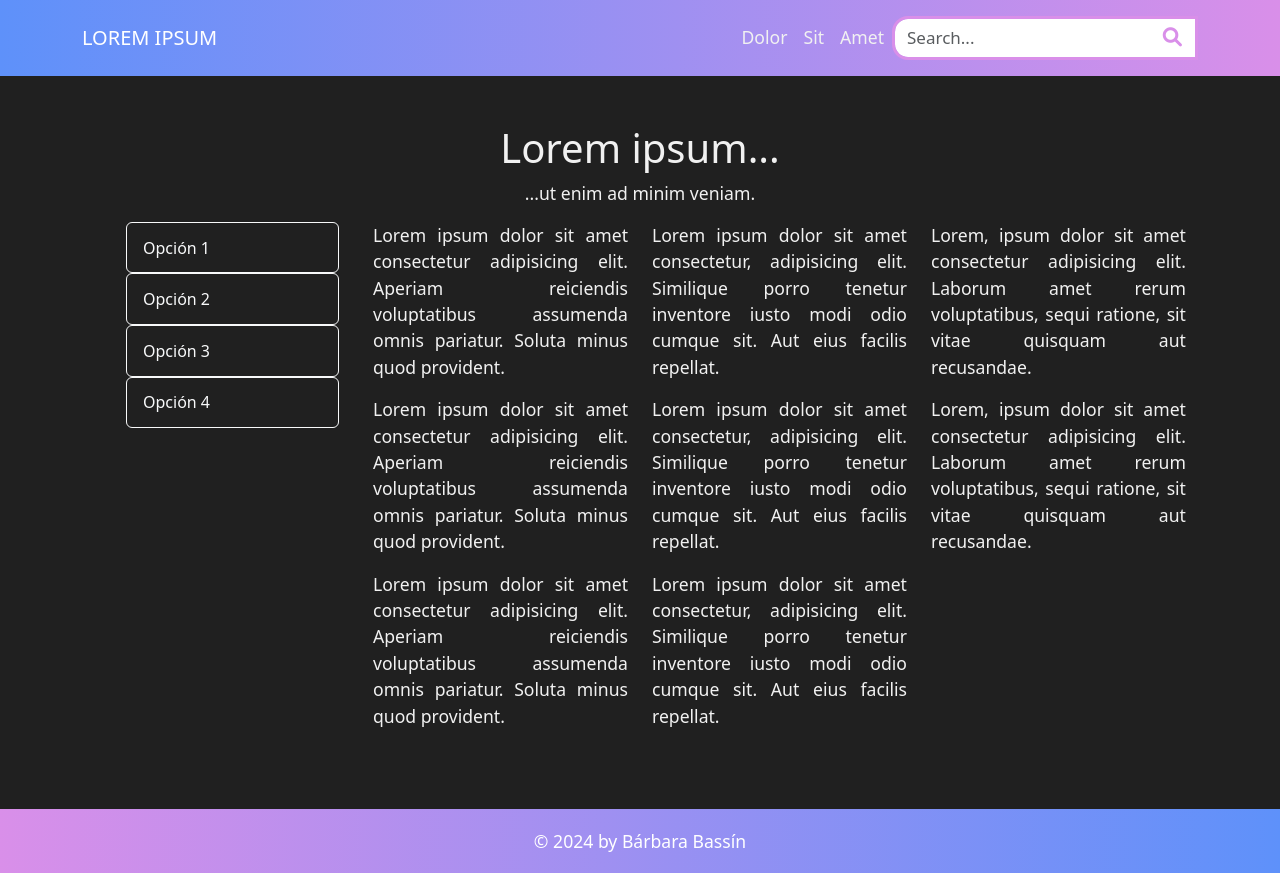
Repository: romancegirl/responsiveness
Page: index.html
The author's editor kept a copy of each file at every save. The page is drawn from the files as they stood at one save, then again after the next save.
The browser window is 1280 px wide. The pictures show the whole page.

Above is the page before, as saved 2024-11-19 20:58:12.

### index.html
<!DOCTYPE html>
<html lang="en">

<head>
    <meta charset="UTF-8">
    <meta name="viewport" content="width=device-width, initial-scale=1.0">
    <title>Responsiveness - Bárbara Bassín</title>
    <link href="https://cdn.jsdelivr.net/npm/bootstrap@5.3.0/dist/css/bootstrap.min.css" rel="stylesheet">
    <link rel="stylesheet" href="https://cdnjs.cloudflare.com/ajax/libs/font-awesome/6.0.0-beta3/css/all.min.css">
    <link rel="stylesheet" href="css/header-and-footer.css">
    <link rel="stylesheet" href="css/styles.css">
</head>

<body>
    <!-- Header -->
    <header class="py-2">
        <div class="container d-flex align-items-center" id="profile">
            <h5 class="m-0">LOREM IPSUM</h5>
            <nav class="navbar navbar-expand-lg flex-grow-1">
                <button class="navbar-toggler" type="button" data-bs-toggle="collapse" data-bs-target="#navbarNav"
                    aria-controls="navbarNav" aria-expanded="false" aria-label="Toggle navigation">
                    <i class="fas fa-bars"></i>
                </button>
                <div class="collapse navbar-collapse" id="navbarNav">
                    <ul class="navbar-nav">
                        <li class="nav-item"><a class="nav-link">Dolor</a></li>
                        <li class="nav-item"><a class="nav-link">Sit</a></li>
                        <li class="nav-item"><a class="nav-link">Amet</a></li>
                        <div class="search-container">
                            <form action="/action_page.php">
                                <div class="input-group">
                                    <input type="text" class="form-control" placeholder="Search..." name="search">
                                    <button type="submit" class="btn">
                                        <i class="fa fa-search"></i>
                                    </button>
                                </div>
                            </form>
                        </div>
                    </ul>

                </div>
            </nav>
        </div>
    </header>



    <!-- Main -->
    <main class="container my-5">
        <div>
            <h1>Lorem ipsum...</h1>
            <div id="textCarousel" class="carousel slide" data-bs-ride="carousel" data-bs-interval="2000">
                <div class="carousel-inner">
                    <div class="carousel-item active">
                        <p>...olor sit amet, consectetur adipiscing elit...</p>
                    </div>
                    <div class="carousel-item">
                        <p>...sed do eiusmod tempor incididunt ut labore...</p>
                    </div>
                    <div class="carousel-item">
                        <p>...ut enim ad minim veniam.</p>
                    </div>
                </div>
            </div>
        </div>



        <div class="container">
            <div class="row">
                <div class="col-3">
                    <ul>
                        <li><button type="button" class="btn btn-outline-light">Opción 1</button></li>
                        <li><button type="button" class="btn btn-outline-light">Opción 2</button></li>
                        <li><button type="button" class="btn btn-outline-light">Opción 3</button></li>
                        <li><button type="button" class="btn btn-outline-light">Opción 4</button></li>
                    </ul>
                </div>
                <div class="col-9">
                    <div class="row">
                        <div class="col-6 col-md-4 paragraph">Lorem ipsum dolor sit amet consectetur adipisicing elit.
                            Aperiam
                            reiciendis
                            voluptatibus assumenda omnis pariatur. Soluta minus quod provident.</div>
                        <div class="col-6 col-md-4 paragraph">Lorem ipsum dolor sit amet consectetur, adipisicing elit.
                            Similique porro
                            tenetur inventore iusto modi odio cumque sit. Aut eius facilis repellat.</div>
                        <div class="col-6 col-md-4 paragraph">Lorem, ipsum dolor sit amet consectetur adipisicing elit.
                            Laborum
                            amet rerum
                            voluptatibus, sequi ratione, sit vitae quisquam aut recusandae.</div>
                        <div class="col-6 col-md-4 paragraph">Lorem ipsum dolor sit amet consectetur adipisicing elit.
                            Aperiam
                            reiciendis
                            voluptatibus assumenda omnis pariatur. Soluta minus quod provident.</div>
                        <div class="col-6 col-md-4 paragraph">Lorem ipsum dolor sit amet consectetur, adipisicing elit.
                            Similique porro
                            tenetur inventore iusto modi odio cumque sit. Aut eius facilis repellat.</div>
                        <div class="col-6 col-md-4 paragraph">Lorem, ipsum dolor sit amet consectetur adipisicing elit.
                            Laborum
                            amet rerum
                            voluptatibus, sequi ratione, sit vitae quisquam aut recusandae.</div>
                        <div class="col-6 col-md-4 paragraph">Lorem ipsum dolor sit amet consectetur adipisicing elit.
                            Aperiam
                            reiciendis
                            voluptatibus assumenda omnis pariatur. Soluta minus quod provident.</div>
                        <div class="col-6 col-md-4 paragraph">Lorem ipsum dolor sit amet consectetur, adipisicing elit.
                            Similique porro
                            tenetur inventore iusto modi odio cumque sit. Aut eius facilis repellat.</div>
                    </div>
                </div>

            </div>


        </div>



    </main>

    <!-- Footer -->
    <footer class="bg-dark text-center py-2">
        <div>&copy; 2024 by Bárbara Bassín</div>
    </footer>
    <script src="js/script.js"></script>
    <script src="https://cdn.jsdelivr.net/npm/bootstrap@5.3.0/dist/js/bootstrap.bundle.min.js"></script>
</body>

</html>

### css/header-and-footer.css
header {
    background: linear-gradient(to right, #5E91FA, #d98fe9);
    color: #fff;
    position: relative;
}

main {
    min-height: 70vh;
    padding-bottom: 1rem;
    box-sizing: border-box;
}

a.nav-link {
    color: #f1f1f1;
}

a.nav-link:hover {
    color: #f6c7de;
    transition: color 0.3s, text-shadow 0.3s;
    transform: scale(1.05);
}

.search-container {
    display: flex;
    justify-content: center;
    align-items: center;
    position: relative;
}

.input-group .form-control {
    padding-right: 2.5rem;
    font-size: 17px;
    border: 0.2rem solid #d98fe9;
    border-radius: 1rem;
}

.input-group .btn {
    position: absolute;
    right: 1rem;
        top: 50%;
    transform: translateY(-50%);
    background-color: transparent;
    border: none;
    padding: 0;
    cursor: pointer;
}

.input-group .btn .fa-search {
    color: #d98fe9;
    font-size: 1.2rem;
}



/* navbar-toggle */

.navbar-toggler {
    border-color: #fff;
}

.navbar-toggler .fas {
    color: #fff;
    /* Cambia el color del ícono */
}

.navbar-collapse {
    justify-content: flex-end;
}

.navbar-toggler:hover {
    cursor: pointer;
}

.navbar-toggler:focus {
    outline: none;
    box-shadow: none;
}

@media (max-width: 995px) {

    .navbar-collapse {
        display: none;
        position: absolute;
        top: 134%;
        left: -55px;
        width: 100%;
        z-index: 999;
        flex-direction: column-reverse;
        align-items: center;
    }

    .navbar-collapse.show {
        display: flex;
    }

    .navbar-nav {
        background: linear-gradient(to right, #5e92fae0, #d98fe9dc);
        color: #fff;
        padding: 1.5rem;
        border-radius: 0 0 100px 100px;
        font-weight: bold;
        text-align: center;
    }

    .navbar-nav:hover {
        cursor: pointer;

    }

    a.nav-link:hover {
        color: #f6c7de;
        transition: color 0.3s, text-shadow 0.3s;
        transform: scale(1.05);
    }

    .navbar-nav .nav-item {
        margin: 10px 0;
    }

    .navbar a,
    .navbar input[type=text] {
        float: none;
        display: block;
        text-align: left;
        width: 100%;
        margin: 0;
        padding: 0.5rem;
    }

    .navbar .search-container {
        float: none;
    }

    .navbar a,
    .navbar input[type=text],
    .navbar .search-container button {
        float: none;
        display: block;
        text-align: left;
        width: 100%;
        margin: 0;
        padding: 0.2rem;
    }

    .navbar input[type=text] {
        border-radius: 0.2rem;
        border: 0.2rem solid #b556db98;
    }

}

footer {
    background: linear-gradient(to right, #d98fe9, #5E91FA);
    color: #fff;
    bottom: 0;
    min-height: 4rem;
    display: flex;
    justify-content: center;
    align-items: center;
}

### css/styles.css
body {
    background-color: #202020;
    color: #f1f1f1;
    font-size: 110%;
}

/* Profile and resume */

.profile-photo {
    width: 250px;
    height: 250px;
    border: #a5c3ffcd;
    border-style: double;
    border-width: 5px;
    border-radius: 70px;
    display: flex;
    justify-content: center;
    align-items: center;
    overflow: hidden;
    /* Oculta cualquier parte de la imagen que se desborde */
    float: right;
}

/* titles */

h1 {
    text-align: center;
}

h2,
h3,
h4 {
    background: linear-gradient(#d98fe9, #5E91FA);
    -webkit-background-clip: text;
    background-clip: text;
    -webkit-text-fill-color: transparent;
}

h5 {
    margin: 0;
}

/* General */

#textCarousel {
    width: 40rem;
    margin: auto;
}

p {
    text-align: center;
}

.row {
    text-align: justify;
}

.paragraph {
margin-bottom: 1rem;
}

.btn-outline-light {
    padding: 0.8rem 8rem 0.8rem 1rem;
}

li {
    list-style: none;
}

/* Responsiveness */

.title-small,
.title-x-small {
    display: none;
}

@media screen and (max-width: 1400px) {

    .title-large,
    .title-x-small {
        display: none;
    }

    .title-small {
        display: block;
    }
}

@media screen and (max-width: 768px) {

    .title-large,
    .title-small {
        display: none;
    }

    .title-x-small {
        display: block;
        text-align: center;

    }

    #textCarousel {
        max-width: 90%; /* Usa un tamaño relativo en lugar de fijo */
    }
}

### js/script.js
document.addEventListener('click', function(event) {
    var navbar = document.querySelector('.navbar-collapse');
    var toggler = document.querySelector('.navbar-toggler');

    // Si el menú está abierto y se hace clic fuera de él, lo cierra
    if (navbar.classList.contains('show') && !navbar.contains(event.target) && !toggler.contains(event.target)) {
        var bsCollapse = new bootstrap.Collapse(navbar, {
            toggle: false
        });
        bsCollapse.hide();
    }
});

// Cerrar el menú automáticamente al hacer clic en cualquier enlace
var navLinks = document.querySelectorAll('.nav-link');
navLinks.forEach(function(link) {
    link.addEventListener('click', function() {
        var navbar = document.querySelector('.navbar-collapse');
        var bsCollapse = new bootstrap.Collapse(navbar, {
            toggle: false
        });
        bsCollapse.hide();
    });
});

After the next save:
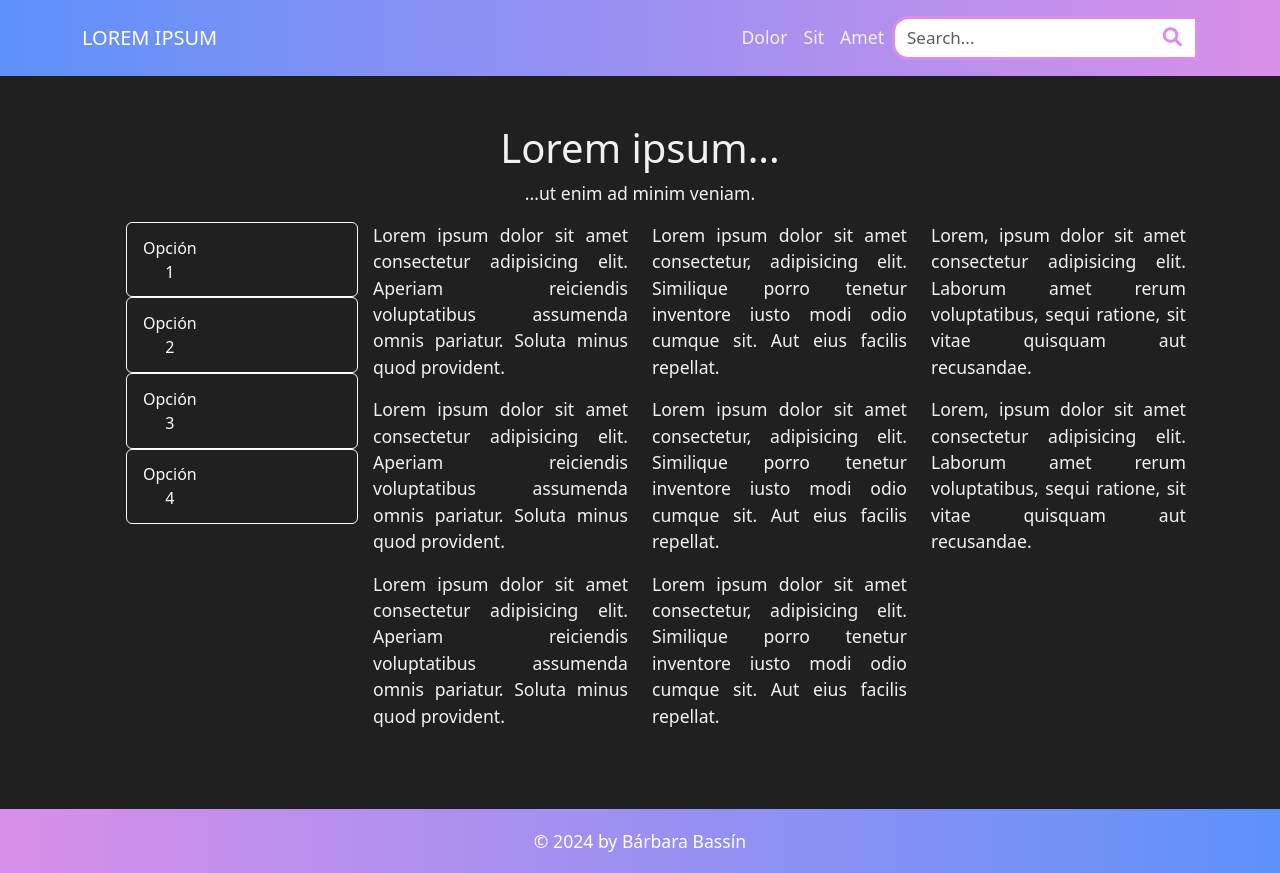
Saved 27 s later.
--- a/css/styles.css
+++ b/css/styles.css
@@ -60,7 +60,7 @@ margin-bottom: 1rem;
 }
 
 .btn-outline-light {
-    padding: 0.8rem 8rem 0.8rem 1rem;
+    padding: 0.8rem 10rem 0.8rem 1rem;
 }
 
 li {
